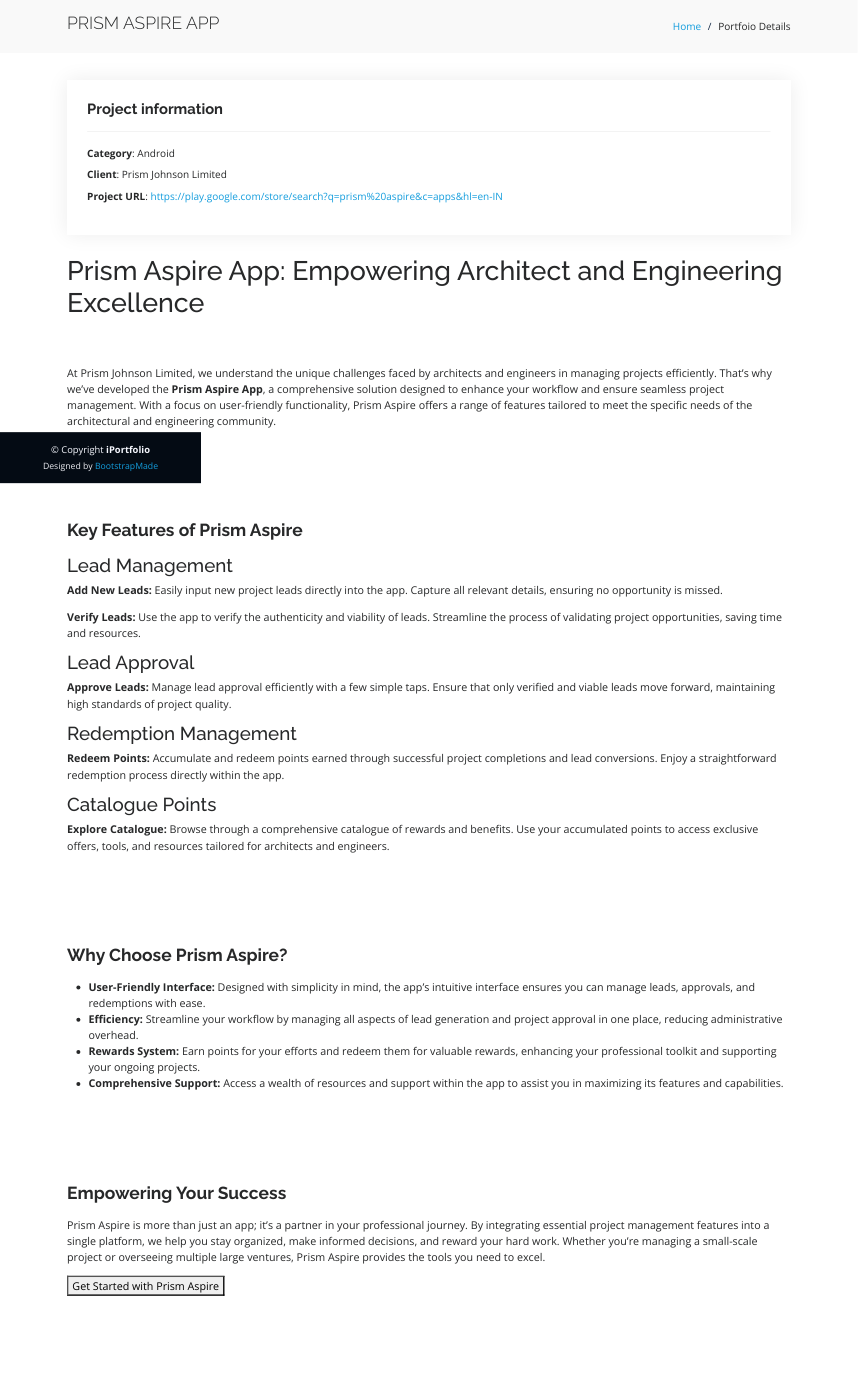
Repository: ajeettiwari-2809/iPortfolio
Page: aspire.html
These files come from the project's save history. The page is drawn as it stood at one moment and after the next save; the edit follows.
The browser window is 1280 px wide. The pictures show the whole page, at 67% of full size.

Above is the page before, as saved 2024-06-05 14:47:40.

### aspire.html
<!DOCTYPE html>
<html lang="en">

<head>
  <meta charset="utf-8">
  <meta content="width=device-width, initial-scale=1.0" name="viewport">

  <title>Prism ASPIRE APP </title>


  <!-- Favicons -->

  <!-- Google Fonts -->
  <link href="https://fonts.googleapis.com/css?family=Open+Sans:300,300i,400,400i,600,600i,700,700i|Raleway:300,300i,400,400i,500,500i,600,600i,700,700i|Poppins:300,300i,400,400i,500,500i,600,600i,700,700i" rel="stylesheet">

  <!-- Vendor CSS Files -->
  <link href="assets/vendor/aos/aos.css" rel="stylesheet">
  <link href="assets/vendor/bootstrap/css/bootstrap.min.css" rel="stylesheet">
  <link href="assets/vendor/bootstrap-icons/bootstrap-icons.css" rel="stylesheet">
  <link href="assets/vendor/boxicons/css/boxicons.min.css" rel="stylesheet">
  <link href="assets/vendor/glightbox/css/glightbox.min.css" rel="stylesheet">
  <link href="assets/vendor/swiper/swiper-bundle.min.css" rel="stylesheet">

  <!-- Template Main CSS File -->
  <link href="assets/css/style.css" rel="stylesheet">

  <!-- =======================================================
  * Template Name: iPortfolio
  * Template URL: https://bootstrapmade.com/iportfolio-bootstrap-portfolio-websites-template/
  * Updated: Mar 17 2024 with Bootstrap v5.3.3
  * Author: BootstrapMade.com
  * License: https://bootstrapmade.com/license/
  ======================================================== -->
</head>

<body>

  <!-- ======= Mobile nav toggle button ======= -->
  <!-- <i class="bi bi-list mobile-nav-toggle d-xl-none"></i> -->

  <!-- ======= Header ======= -->



    <!-- ======= Breadcrumbs ======= -->
    <section id="breadcrumbs" class="breadcrumbs">
      <div class="container">

        <div class="d-flex justify-content-between align-items-center">
          <h2>PRISM ASPIRE APP</h2>
          <ol>
            <li><a href="index.html">Home</a></li>
            <li>Portfoio Details</li>
          </ol>
        </div>

      </div>
    </section><!-- End Breadcrumbs -->

    <!-- ======= Portfolio Details Section ======= -->
    <!-- <section id="portfolio-details" class="portfolio-details">
      <div class="container">

        <div class="row gy-4">

          <div class="col-lg-8">
            <div class="portfolio-details-slider swiper">
              <div class="swiper-wrapper align-items-center">

                <div class="swiper-slide">
                  <img src="assets/img/portfolio/portfolio-details-1.jpg" alt="">
                </div>

                <div class="swiper-slide">
                  <img src="assets/img/portfolio/portfolio-details-2.jpg" alt="">
                </div>

                <div class="swiper-slide">
                  <img src="assets/img/portfolio/portfolio-details-3.jpg" alt="">
                </div>

              </div>
              <div class="swiper-pagination"></div>
            </div>
          </div>

          <div class="col-lg-4">
            <div class="portfolio-info">
              <h3>Project information</h3>
              <ul>
                <li><strong>Category</strong>: Android </li>
                <li><strong>Client</strong>: Prism Johnson Limited</li>

                <li><strong>Project URL</strong>: <a href="https://play.google.com/store/search?q=prism%20aspire&c=apps&hl=en-IN">https://play.google.com/store/search?q=prism%20aspire&c=apps&hl=en-IN</a></li>
              </ul>
            </div>
            <div class="portfolio-description">
              <header>
                <h1>Prism Aspire App: Empowering Architect and Engineering Excellence</h1>
            </header>

            <section class="intro">
                <p>At Prism Johnson Limited, we understand the unique challenges faced by architects and engineers in managing projects efficiently. That’s why we’ve developed the <strong>Prism Aspire App</strong>, a comprehensive solution designed to enhance your workflow and ensure seamless project management. With a focus on user-friendly functionality, Prism Aspire offers a range of features tailored to meet the specific needs of the architectural and engineering community.</p>
            </section>

            <section class="features">
                <h2>Key Features of Prism Aspire</h2>
                <div class="feature-card">
                    <h3>Lead Management</h3>
                    <p><strong>Add New Leads:</strong> Easily input new project leads directly into the app. Capture all relevant details, ensuring no opportunity is missed.</p>
                    <p><strong>Verify Leads:</strong> Use the app to verify the authenticity and viability of leads. Streamline the process of validating project opportunities, saving time and resources.</p>
                </div>

                <div class="feature-card">
                    <h3>Lead Approval</h3>
                    <p><strong>Approve Leads:</strong> Manage lead approval efficiently with a few simple taps. Ensure that only verified and viable leads move forward, maintaining high standards of project quality.</p>
                </div>

                <div class="feature-card">
                    <h3>Redemption Management</h3>
                    <p><strong>Redeem Points:</strong> Accumulate and redeem points earned through successful project completions and lead conversions. Enjoy a straightforward redemption process directly within the app.</p>
                </div>

                <div class="feature-card">
                    <h3>Catalogue Points</h3>
                    <p><strong>Explore Catalogue:</strong> Browse through a comprehensive catalogue of rewards and benefits. Use your accumulated points to access exclusive offers, tools, and resources tailored for architects and engineers.</p>
                </div>
            </section>

            <section class="benefits">
                <h2>Why Choose Prism Aspire?</h2>
                <ul>
                    <li><strong>User-Friendly Interface:</strong> Designed with simplicity in mind, the app’s intuitive interface ensures you can manage leads, approvals, and redemptions with ease.</li>
                    <li><strong>Efficiency:</strong> Streamline your workflow by managing all aspects of lead generation and project approval in one place, reducing administrative overhead.</li>
                    <li><strong>Rewards System:</strong> Earn points for your efforts and redeem them for valuable rewards, enhancing your professional toolkit and supporting your ongoing projects.</li>
                    <li><strong>Comprehensive Support:</strong> Access a wealth of resources and support within the app to assist you in maximizing its features and capabilities.</li>
                </ul>
            </section>

            <section class="call-to-action">
                <h2>Empowering Your Success</h2>
                <p>Prism Aspire is more than just an app; it’s a partner in your professional journey. By integrating essential project management features into a single platform, we help you stay organized, make informed decisions, and reward your hard work. Whether you’re managing a small-scale project or overseeing multiple large ventures, Prism Aspire provides the tools you need to excel.</p>
                <button class="download-btn">Get Started with Prism Aspire</button>
            </section>

              </p>
            </div>
          </div>

        </div>

      </div>
    </section>End Portfolio Details Section -->

    <section id="portfolio-details" class="portfolio-details">
      <div class="container">


        <div class="portfolio-info">
          <h3>Project information</h3>
          <ul>
            <li><strong>Category</strong>: Android </li>
            <li><strong>Client</strong>: Prism Johnson Limited</li>
            <li><strong>Project URL</strong>: <a href="https://play.google.com/store/search?q=prism%20aspire&c=apps&hl=en-IN">https://play.google.com/store/search?q=prism%20aspire&c=apps&hl=en-IN</a></li>
          </ul>
        </div>

        <div class="portfolio-description">
          <header>
            <h1>Prism Aspire App: Empowering Architect and Engineering Excellence</h1>
          </header>

          <section class="intro">
            <p>At Prism Johnson Limited, we understand the unique challenges faced by architects and engineers in managing projects efficiently. That’s why we’ve developed the <strong>Prism Aspire App</strong>, a comprehensive solution designed to enhance your workflow and ensure seamless project management. With a focus on user-friendly functionality, Prism Aspire offers a range of features tailored to meet the specific needs of the architectural and engineering community.</p>
          </section>

          <section class="features">
            <h2>Key Features of Prism Aspire</h2>
            <div class="feature-card">
              <h3>Lead Management</h3>
              <p><strong>Add New Leads:</strong> Easily input new project leads directly into the app. Capture all relevant details, ensuring no opportunity is missed.</p>
              <p><strong>Verify Leads:</strong> Use the app to verify the authenticity and viability of leads. Streamline the process of validating project opportunities, saving time and resources.</p>
            </div>

            <div class="feature-card">
              <h3>Lead Approval</h3>
              <p><strong>Approve Leads:</strong> Manage lead approval efficiently with a few simple taps. Ensure that only verified and viable leads move forward, maintaining high standards of project quality.</p>
            </div>

            <div class="feature-card">
              <h3>Redemption Management</h3>
              <p><strong>Redeem Points:</strong> Accumulate and redeem points earned through successful project completions and lead conversions. Enjoy a straightforward redemption process directly within the app.</p>
            </div>

            <div class="feature-card">
              <h3>Catalogue Points</h3>
              <p><strong>Explore Catalogue:</strong> Browse through a comprehensive catalogue of rewards and benefits. Use your accumulated points to access exclusive offers, tools, and resources tailored for architects and engineers.</p>
            </div>
          </section>

          <section class="benefits">
            <h2>Why Choose Prism Aspire?</h2>
            <ul>
              <li><strong>User-Friendly Interface:</strong> Designed with simplicity in mind, the app’s intuitive interface ensures you can manage leads, approvals, and redemptions with ease.</li>
              <li><strong>Efficiency:</strong> Streamline your workflow by managing all aspects of lead generation and project approval in one place, reducing administrative overhead.</li>
              <li><strong>Rewards System:</strong> Earn points for your efforts and redeem them for valuable rewards, enhancing your professional toolkit and supporting your ongoing projects.</li>
              <li><strong>Comprehensive Support:</strong> Access a wealth of resources and support within the app to assist you in maximizing its features and capabilities.</li>
            </ul>
          </section>

          <section class="call-to-action">
            <h2>Empowering Your Success</h2>
            <p>Prism Aspire is more than just an app; it’s a partner in your professional journey. By integrating essential project management features into a single platform, we help you stay organized, make informed decisions, and reward your hard work. Whether you’re managing a small-scale project or overseeing multiple large ventures, Prism Aspire provides the tools you need to excel.</p>
            <button class="download-btn">Get Started with Prism Aspire</button>
          </section>
        </div>
      </div>
    </section>







  <!-- ======= Footer ======= -->
  <footer id="footer">
    <div class="container">
      <div class="copyright">
        &copy; Copyright <strong><span>iPortfolio</span></strong>
      </div>
      <div class="credits">
        <!-- All the links in the footer should remain intact. -->
        <!-- You can delete the links only if you purchased the pro version. -->
        <!-- Licensing information: https://bootstrapmade.com/license/ -->
        <!-- Purchase the pro version with working PHP/AJAX contact form: https://bootstrapmade.com/iportfolio-bootstrap-portfolio-websites-template/ -->
        Designed by <a href="https://bootstrapmade.com/">BootstrapMade</a>
      </div>
    </div>
  </footer><!-- End  Footer -->

  <a href="#" class="back-to-top d-flex align-items-center justify-content-center"><i class="bi bi-arrow-up-short"></i></a>

  <!-- Vendor JS Files -->
  <script src="assets/vendor/purecounter/purecounter_vanilla.js"></script>
  <script src="assets/vendor/aos/aos.js"></script>
  <script src="assets/vendor/bootstrap/js/bootstrap.bundle.min.js"></script>
  <script src="assets/vendor/glightbox/js/glightbox.min.js"></script>
  <script src="assets/vendor/isotope-layout/isotope.pkgd.min.js"></script>
  <script src="assets/vendor/swiper/swiper-bundle.min.js"></script>
  <script src="assets/vendor/typed.js/typed.umd.js"></script>
  <script src="assets/vendor/waypoints/noframework.waypoints.js"></script>
  <script src="assets/vendor/php-email-form/validate.js"></script>

  <!-- Template Main JS File -->
  <script src="assets/js/main.js"></script>

</body>

</html>

Loaded but not shown: assets/vendor/aos/aos.css (library); assets/vendor/bootstrap/css/bootstrap.min.css (library); assets/vendor/bootstrap-icons/bootstrap-icons.css (library); assets/vendor/boxicons/css/boxicons.min.css (library); assets/vendor/glightbox/css/glightbox.min.css (library); assets/vendor/swiper/swiper-bundle.min.css (library); assets/vendor/purecounter/purecounter_vanilla.js (library); assets/vendor/aos/aos.js (library); assets/vendor/bootstrap/js/bootstrap.bundle.min.js (library); assets/vendor/glightbox/js/glightbox.min.js (library); assets/vendor/isotope-layout/isotope.pkgd.min.js (library); assets/vendor/swiper/swiper-bundle.min.js (library); assets/vendor/typed.js/typed.umd.js (library); assets/vendor/waypoints/noframework.waypoints.js (library); assets/vendor/php-email-form/validate.js (common file); assets/js/main.js (263 lines, source omitted); assets/css/style.css (1106 lines, source omitted)

After the next save:
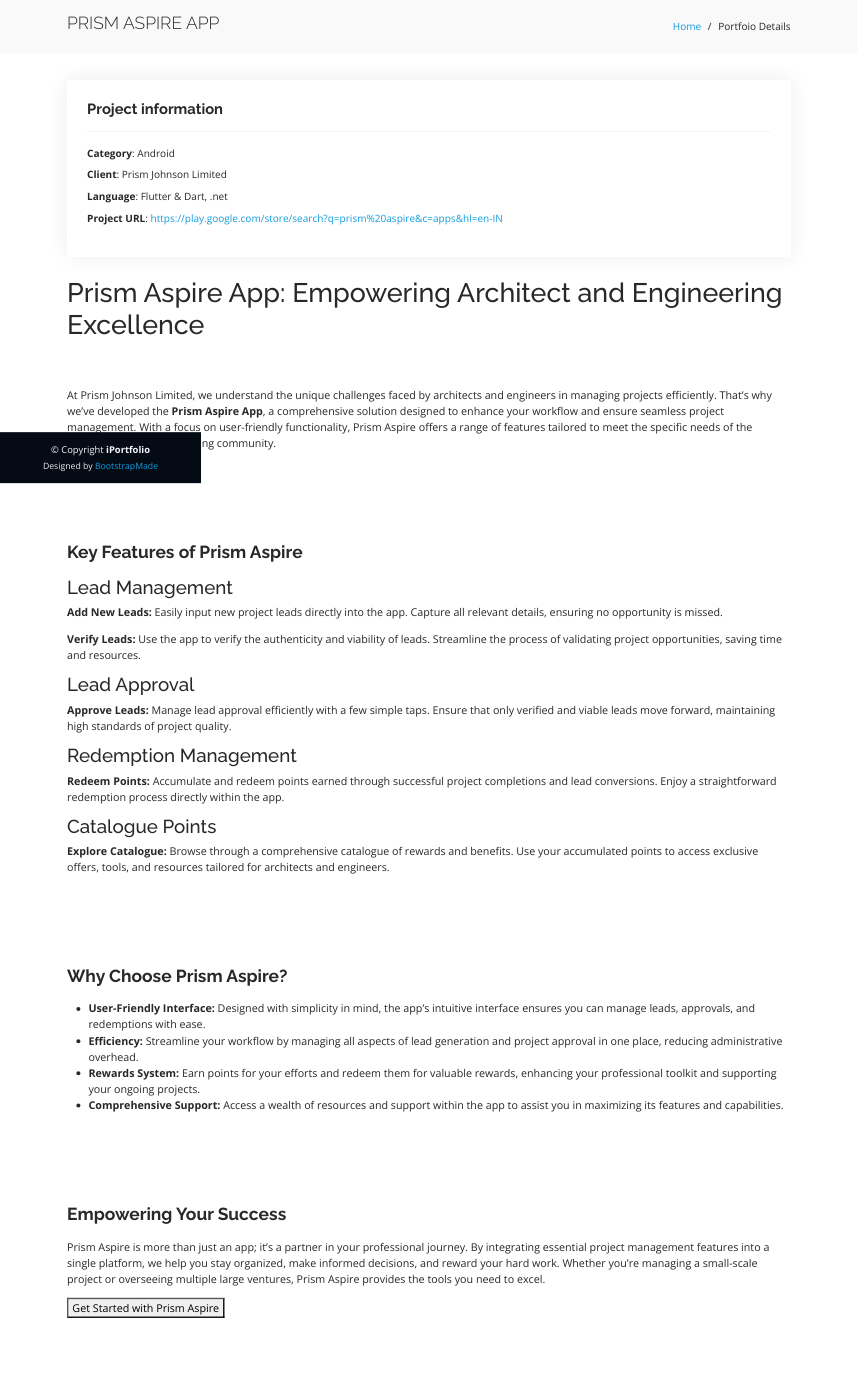
Saved 38 s later.
--- a/aspire.html
+++ b/aspire.html
@@ -161,6 +161,8 @@
           <ul>
             <li><strong>Category</strong>: Android </li>
             <li><strong>Client</strong>: Prism Johnson Limited</li>
+            <li><strong>Language</strong>: Flutter & Dart, .net</li>
+
             <li><strong>Project URL</strong>: <a href="https://play.google.com/store/search?q=prism%20aspire&c=apps&hl=en-IN">https://play.google.com/store/search?q=prism%20aspire&c=apps&hl=en-IN</a></li>
           </ul>
         </div>
